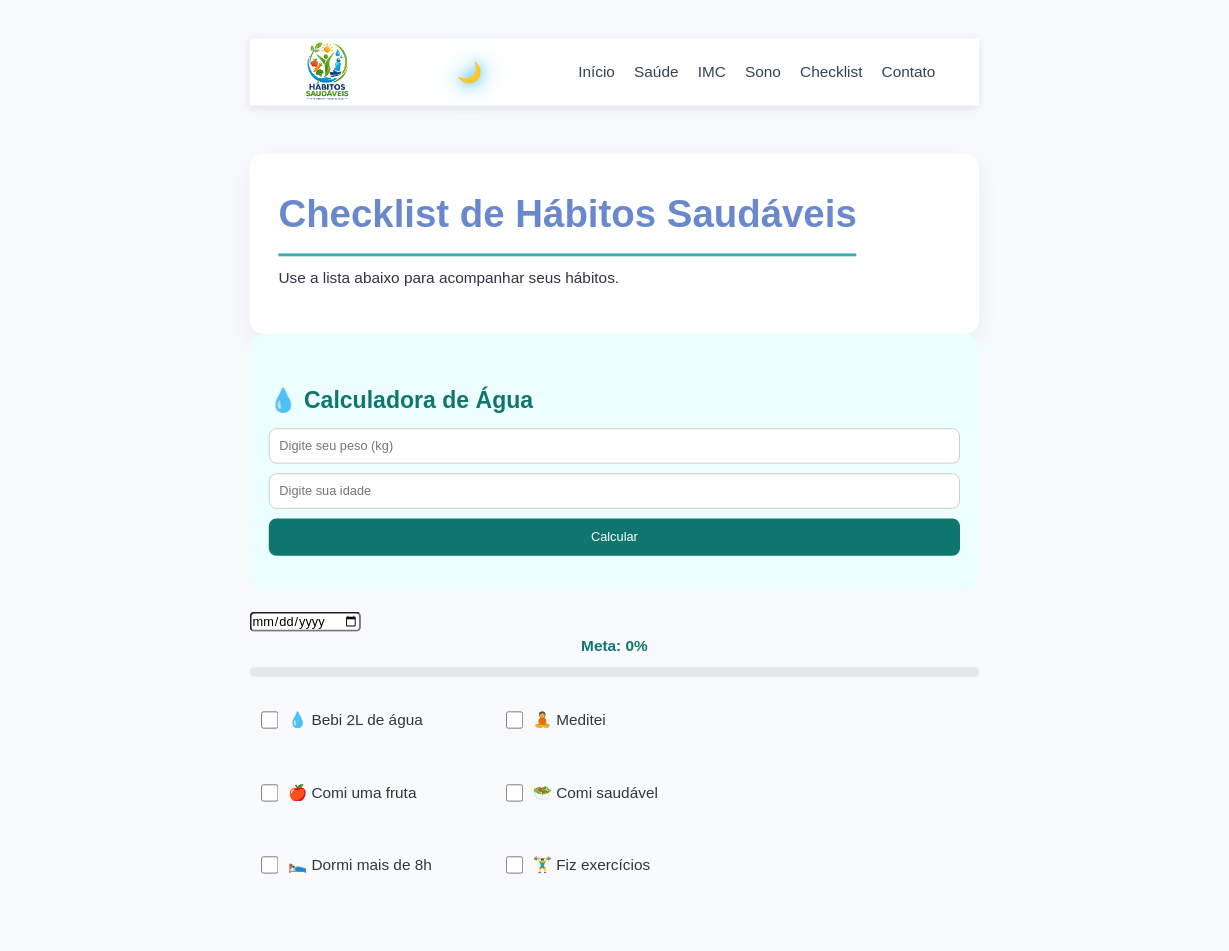
Repository: habitos2026/projetointegrador2026
Page: checklist.html
These files come from the project's save history. The page is drawn as it stood at one moment and after a run of saves; the edit follows.
The browser window is 1280 px wide. The pictures show the whole page, at 96% of full size.

Above is the page before, as saved 2026-06-10 22:11:21.

After the next 2 saves:
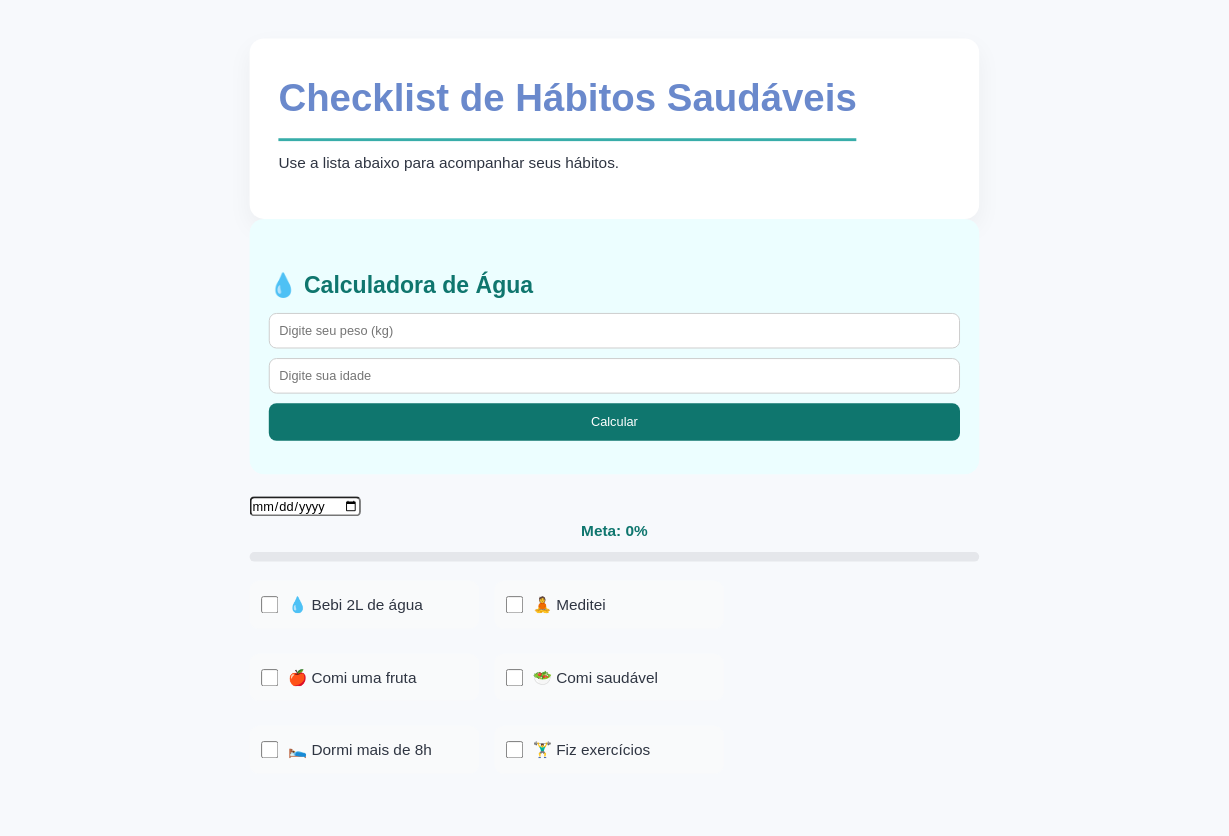
Console error: SyntaxError: Unexpected identifier 'porcentagem'
The 2 saves are shown as one change because they came seconds apart.
The last was saved 9 min 31 s later.
--- a/trabalho.js
+++ b/trabalho.js
@@ -48,7 +48,7 @@
 
     let porcentagem = (marcados / checks.length) * 100;
 
-    document.getElementById("pct").innerText = porcentagem + "%";
+    document.getElementById("pct").innerText = match porcentagem + "%";
     document.getElementById("bar").style.width = porcentagem + "%";
 
     const msg = document.getElementById("msg");

After the 5 saves that followed:
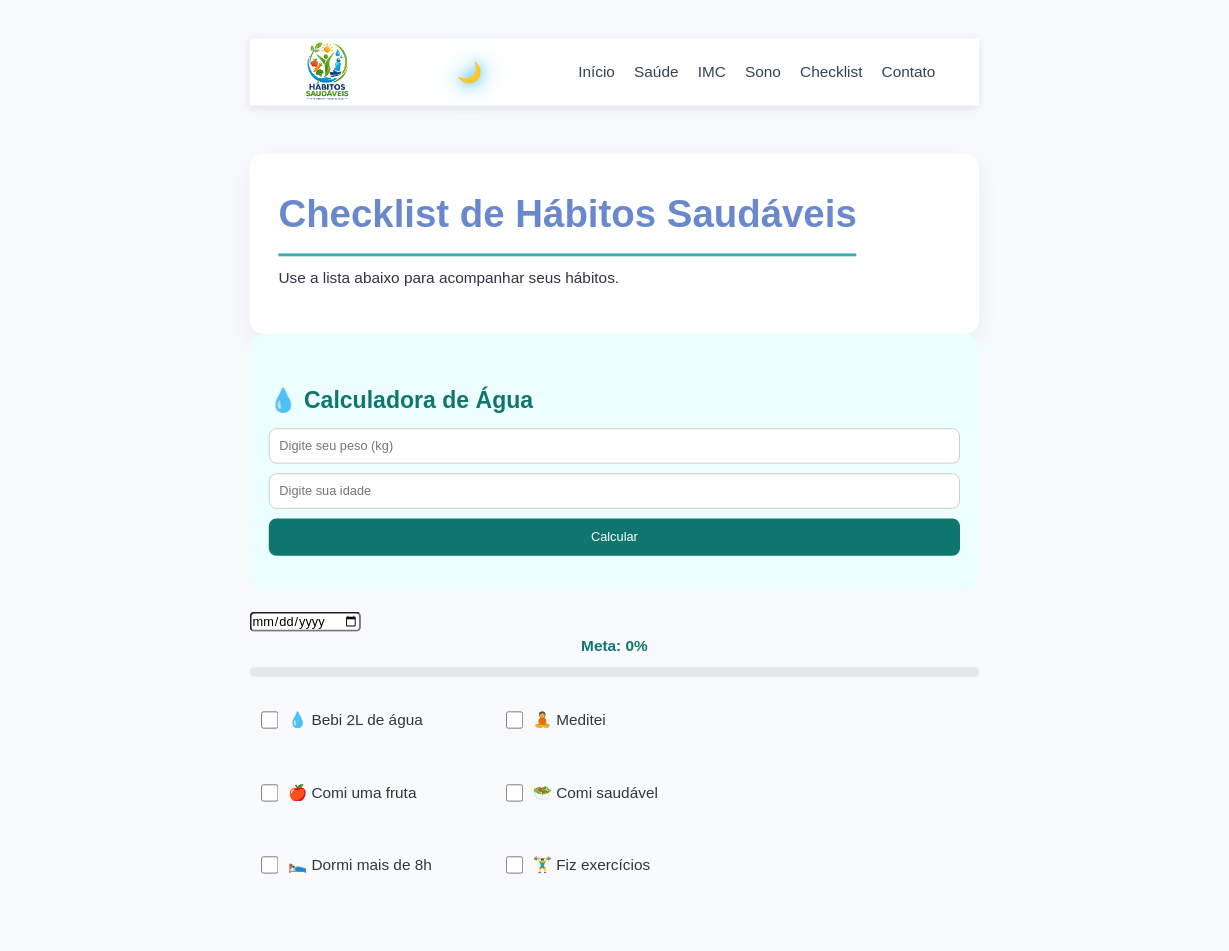
The error is gone.
The 5 saves are shown as one change because 4 left the picture as it was.
The last was saved 47 s later.
--- a/trabalho.js
+++ b/trabalho.js
@@ -48,7 +48,7 @@
 
     let porcentagem = (marcados / checks.length) * 100;
 
-    document.getElementById("pct").innerText = match porcentagem + "%";
+    document.getElementById("pct").innerText = Math.round (porcentagem) + "%";
     document.getElementById("bar").style.width = porcentagem + "%";
 
     const msg = document.getElementById("msg");
